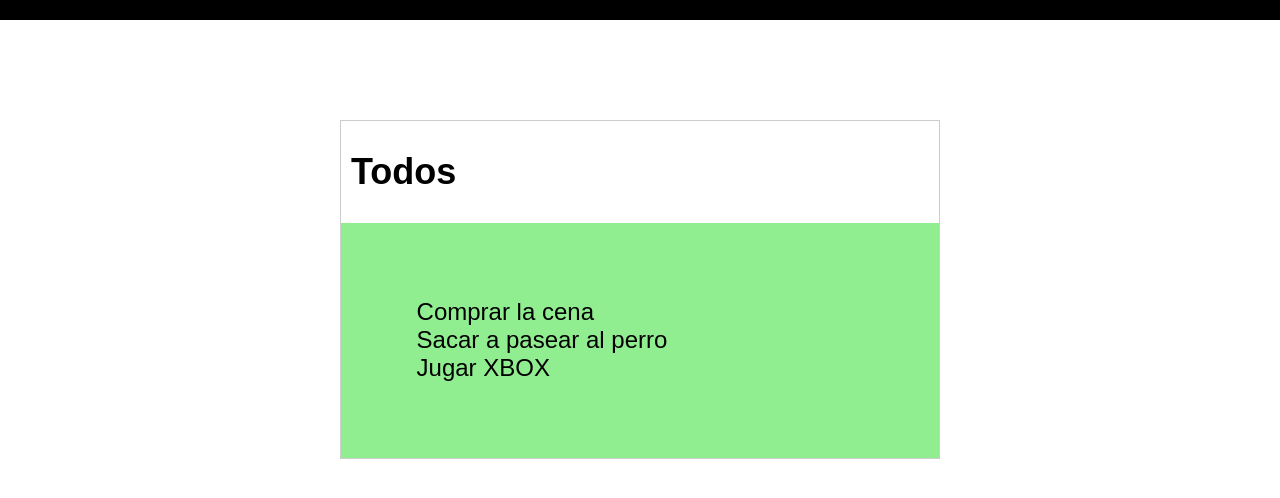
Repository: MauriVaz/Primer-app-con-Vue
Page: /
These files come from the project's save history. The page is drawn as it stood at one moment and after the next save; the edit follows.
The browser window is 1280 px wide. The pictures show the whole page.
The project was rebuilt for these pictures with package versions that can differ from the ones it lists, and the page was loaded fresh each time. Also part of the build but not shown: vue.config.js.

Above is the page before, as saved 2022-12-13 03:37:16.

### public/index.html
<!DOCTYPE html>
<html lang="">
  <head>
    <meta charset="utf-8">
    <meta http-equiv="X-UA-Compatible" content="IE=edge">
    <meta name="viewport" content="width=device-width,initial-scale=1.0">
    <link rel="icon" href="<%= BASE_URL %>favicon.ico">
    <title><%= htmlWebpackPlugin.options.title %></title>
  </head>
  <body>
    <noscript>
      <strong>Por favor activa Javascript</strong>
    </noscript>
    <div id="app"></div>
    <!-- built files will be auto injected -->
  </body>
</html>

### src/App.vue
<template>
  <div id="header"></div>
  <div id="main-container">
    <h2>Todos</h2>
    <Todos v-bind:todoslist="copyTodos" />
  </div>
</template>

<script>
// import HelloWorld from './components/HelloWorld.vue'
// import Search from './components/Search.vue';
// import TodoAdd from "./components/TodoAdd.vue"
import Todos from './components/Todos';

export default {
  name: 'App',
  components: {
    Todos
  },
  data(){
    return{
      todos:[
        {
          id:0,
          title:"Comprar la cena",
          completed:false
        },{
          id:1,
          title:"Sacar a pasear al perro",
          completed:true
        },{
          id:2,
          title:"Jugar XBOX",
          completed:false
        }
      ],
      copyTodos:[]
    }
  },
  created(){
    this.copyTodos=[...this.todos]
  }
}
</script>

<style>
*{
  box-sizing: border-box;
}

body{
  font-family: Arial, Helvetica, sans-serif;
  font-size: 1.5em;
  padding: 0;
  margin: 0;
 }
 #main-container{
   border: solid 1px #ccc;
   width: 600px;
   margin: 100px auto;
  }
  #header{
  background:black;
  padding: 10px;
}
h2{
   padding: 0 10px;
 }

</style>

### src/components/Todos.vue
<template>
    <div class="container">
        <div v-bind:key="todo.id" v-for="todo in todoslist">
            <div>{{todo.title}}</div>
        </div>
    </div>
</template>

<script>
export default{
    // eslint-disable-next-line vue/multi-word-component-names
    name:'Todos',
    props:['todoslist']
}
</script>

<style>
.container{
    background-color: lightgreen;
    padding:2cm;
}
</style>

Loaded but not shown: src/main.js (common file)

After the next save:
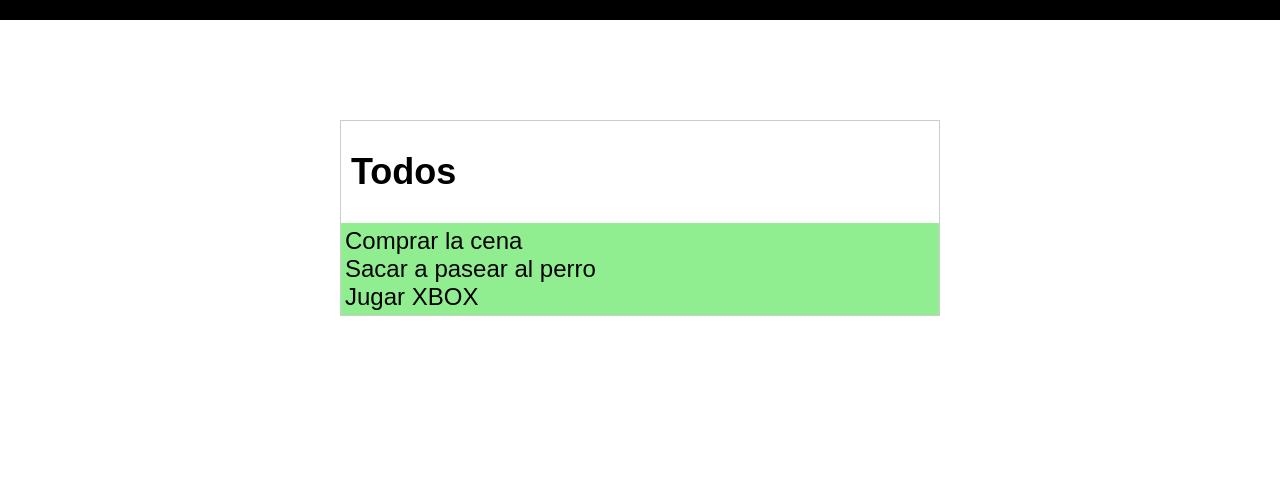
Saved 6 s later.
--- a/src/components/Todos.vue
+++ b/src/components/Todos.vue
@@ -17,6 +17,6 @@ export default{
 <style>
 .container{
     background-color: lightgreen;
-    padding:2cm;
+    padding:4px;
 }
 </style>
